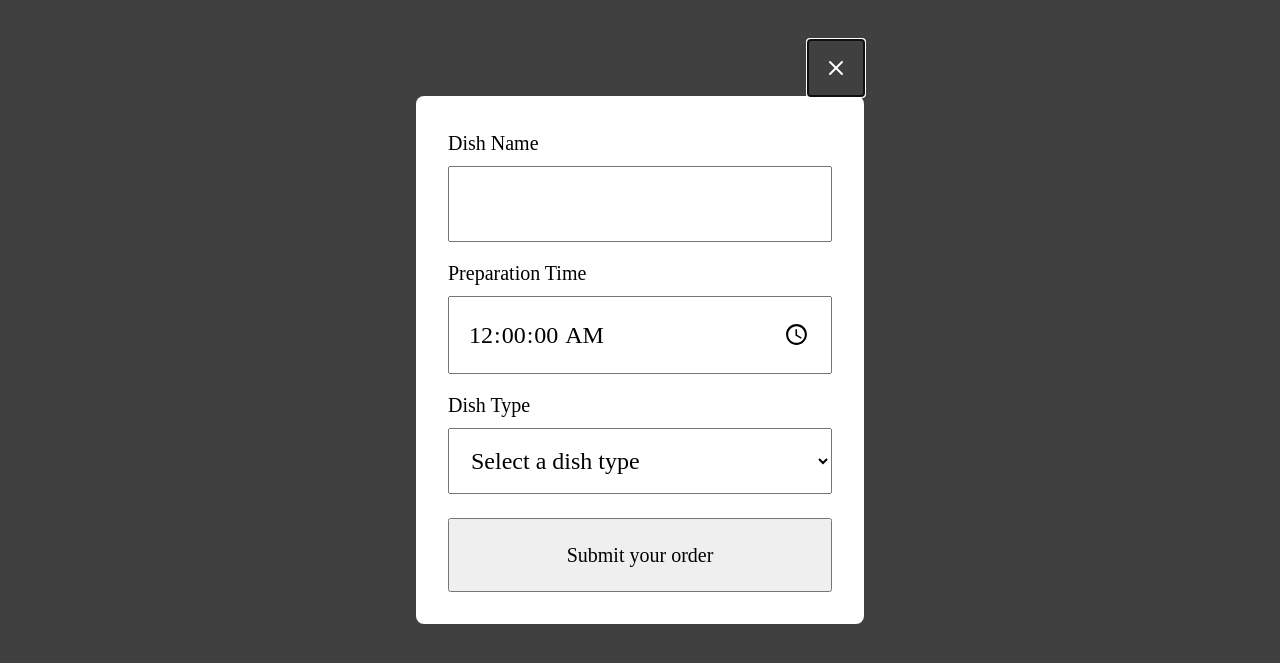
Repository: hjubsoni/hex-ocean-task
Page: /, after clicking the first element matching `button.order-button`
These files come from the project's save history. The page is drawn as it stood at one moment and after the next save; the edit follows.
The browser window is 1280 px wide. The pictures show the whole page.
The project was rebuilt for these pictures with package versions that can differ from the ones it lists, and the page was loaded fresh each time. Also part of the build but not shown: vite.config.ts.

Above is the page before, as saved 2023-03-22 15:24:32.

After the next save:
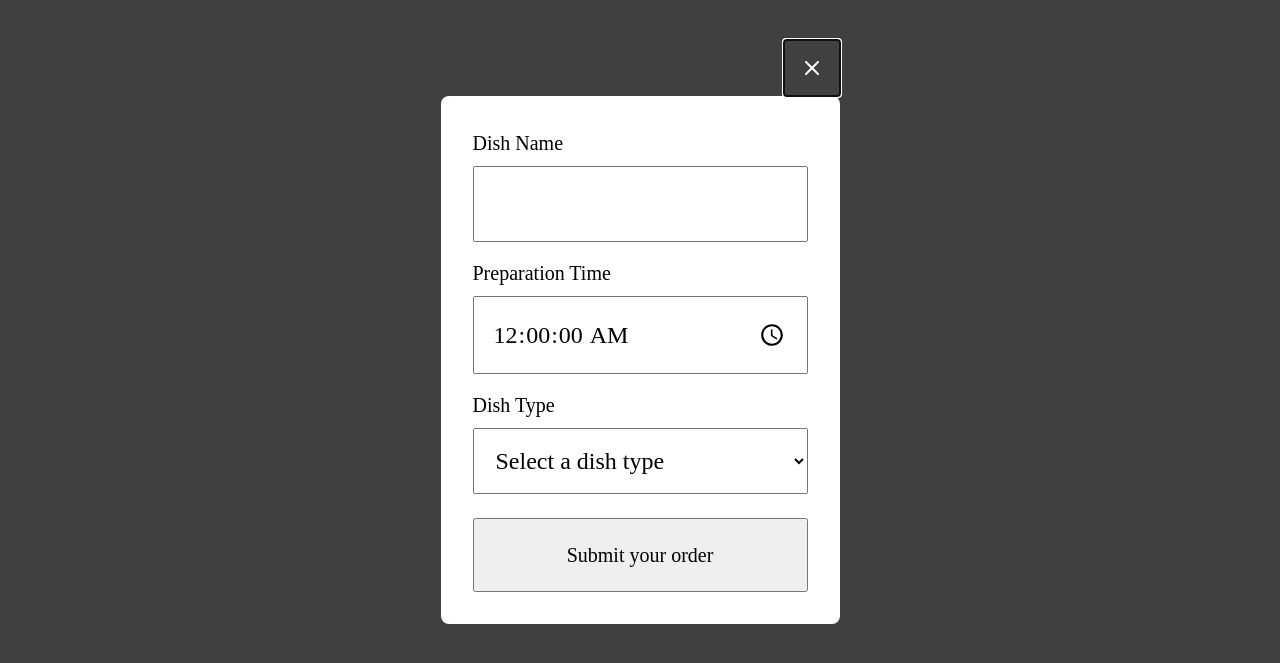
Saved 8 s later.
--- a/src/components/ModalForm/styles.css
+++ b/src/components/ModalForm/styles.css
@@ -21,7 +21,6 @@
   flex-direction: column;
   gap: 16px;
   width: 100%;
-  min-width: 28rem;
 }
 
 .close-button {
